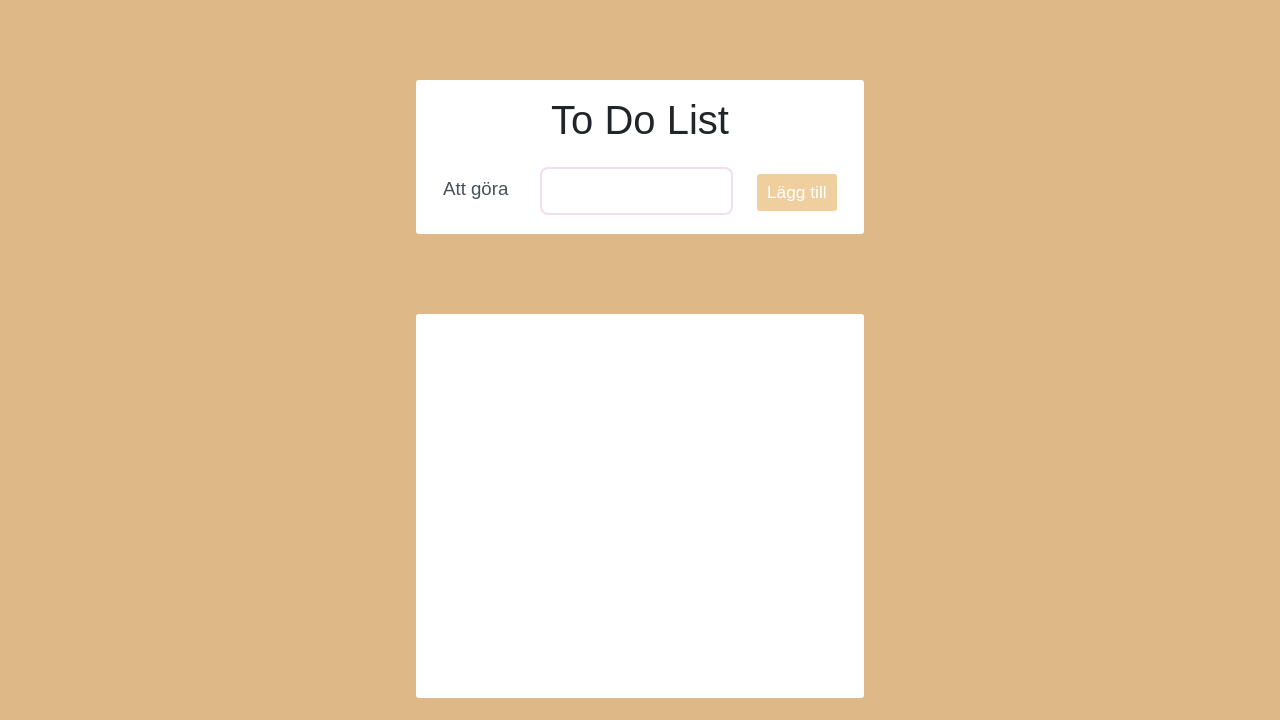
Repository: skepp4rn/todolist
Page: index.html
An editor plug-in stored every save of this project. The page is shown before and after the next save, followed by the edit.
The browser window is 1280 px wide. The pictures show the whole page.
The page's requests for data from a server got no answer. Some web libraries are served in a nearby version.

Above is the page before, as saved 2021-01-28 12:12:08.

### index.html
<!DOCTYPE html>
<html lang="sv">
<head>
    <meta charset="UTF-8">
    <meta name="viewport" content="width=device-width, initial-scale=1.0">

    <script src="https://kit.fontawesome.com/ef4c0722a8.js" crossorigin="anonymous"></script>
    <link rel="stylesheet" href="https://cdn.jsdelivr.net/npm/bootstrap@4.5.3/dist/css/bootstrap.min.css" integrity="sha384-TX8t27EcRE3e/ihU7zmQxVncDAy5uIKz4rEkgIXeMed4M0jlfIDPvg6uqKI2xXr2" crossorigin="anonymous">
    <link rel="stylesheet" href="css/style.css">

    <title>To Do List</title>
</head>
<body>
    <div class="container">
        <div id="header">
            <h1>To Do List</h1>
        </div>

        <form class="form" id="form">
            <div class="form-control">
                <label>Att göra</label>
                <input type="text" id="addToDo">
                <i class="fas fa-check-circle"></i>
                <i class="fas fa-exclamation-circle"></i>
                <small>Error message</small>
            </div>

            <button id="btn">Lägg till</button>
        </form>
    </div>

    <div class="container2">
        <div id="list"></div>
    </div>

    <script src="https://code.jquery.com/jquery-3.5.1.slim.min.js" integrity="sha384-DfXdz2htPH0lsSSs5nCTpuj/zy4C+OGpamoFVy38MVBnE+IbbVYUew+OrCXaRkfj" crossorigin="anonymous"></script>
    <script src="https://cdn.jsdelivr.net/npm/bootstrap@4.5.3/dist/js/bootstrap.bundle.min.js" integrity="sha384-ho+j7jyWK8fNQe+A12Hb8AhRq26LrZ/JpcUGGOn+Y7RsweNrtN/tE3MoK7ZeZDyx" crossorigin="anonymous"></script>
    <script src="https://cdnjs.cloudflare.com/ajax/libs/uuid/8.1.0/uuidv4.min.js"></script>
    <script src="script.js"></script>
</body>

### css/style.css
*{
    box-sizing: border-box;
    margin: 0;
    padding: 0;
}

body {
    background-color: burlywood;
    font-family: Arial, Helvetica, sans-serif;
    display: grid;
    justify-content: center;
}

.container {
    width: 35vw;
    display: grid;
    justify-content: center;
    background-color: #ffffff;
    border-radius: 3px;
    margin-top: 5rem;
    padding-bottom: 2   rem;
    height: 12vw;
}

.container2 {
    width: 100%;
    display: grid;
    justify-content: center;
    background-color: #ffffff;
    border-radius: 3px;
    margin-top: 5rem;
    padding-bottom: 2rem;
    height: 30vw;
    overflow-y: auto;
}

#header {
    margin-top: 1rem;
    text-align: center;
}

#btn {
    border: none;
    border-radius: 3px;
    padding: 0.2rem;
    background-color: #f0cf9f;
    color: #ffffff;
    font-size: 13pt;
    width: 5rem;
    height: 2.3rem;
    align-self: center;

}

.todobox {
    padding-top: 2rem;
    padding-bottom: 1rem;
    width: 32vw;
    display: grid;
    grid-template-columns: 5fr 1fr;
}

.knappar {
    display: grid;
    gap: 1rem;
}

.todoinput {
    display: flex;
    align-items: center;
}

.fa-trash {
    padding: 0.5rem;
    border: none;
    border-radius: 5px;
    color: #ffffff;
    background-color: #f0cf9f;
    width: 5rem;
}

.fa-undo {
    padding: 0.5rem;
    border: none;
    border-radius: 5px;
    color: #ffffff;
    background-color: #f0cf9f;
    width: 5rem;
}

.done {
    border: none;
    border-radius: 5px;
    padding: 0.5rem;
    background-color: #f0cf9f;
    color: #ffffff;
    font-family: Arial, Helvetica, sans-serif;
    font-size: 14pt;
    width: 5rem;
    height: 3rem;
}

.form-control {
    border: none;
    position: relative;
    height: auto;
    width: 100%;
    display: grid;
    grid-template-columns: 1fr 2fr;
    align-content: center;
}

.form label {
    display: flex;
    align-items: center;
    font-size: 14pt;
}


.form {
    display: grid;
    grid-template-columns: 3fr 1fr;
    justify-items: center;
    height: 5vw;
}

.form-control input {
    border: 2px solid #e0aad362;
    border-radius: 8px;
    display: block;
    width: 100%;
    margin-bottom: 0.2rem;
    padding: 0.5rem;
    font-family: inherit;
    font-size: 14pt;
    height: 3rem;
}

.form-control.success input {
    border-color: #2ecc71;
}

.form-control.error input {
    border-color: #e74c3c;
}

.form-control i {
    visibility: hidden;
    position: absolute;
    top: 2.4rem;
    right: 1.5rem;
}

.form-control.success i.fa-check-circle {
    visibility: visible;
    color: #2ecc71;
}

.form-control.error i.fa-exclamation-circle {
    visibility: visible;
    color: #e74c3c;
}

.form-control small {
    visibility: hidden;
    position: absolute;
    bottom: 0;
    left: 7vw;
}

.form-control.error small {
    visibility: visible;
    color: #e74c3c;
}

### script.js
let ToDo = [];
let addToDos = document.getElementById('addToDo');
let form = document.getElementById('form');
let check = false;
let btn = document.getElementById('subbtn');
let list = document.querySelector('#list');
const fetchTodos = () => {
    fetch('https://jsonplaceholder.typicode.com/todos?_start20=&_limit=10')
    .then(res => res.json())
    .then(data => {
      ToDo = data;
      listelement(ToDo);
    })
}
fetchTodos();

const listelement = (ToDo) => {
    list.innerHTML = '';
    ToDo.forEach(todo => {
        list.innerHTML += newTodo(todo);
    })
    console.log(ToDo);
}

const newTodo = todo => {

    let template = todo.completed ? `
    <div id="${todo.id}" class="todoinput completed">
        <div class="todobox">
          <h3 class="title">${todo.title}</h3>
            <div class="knappar">
                <button class="fas fa-undo"></button>
                <button class="fas fa-trash"></button>
            </div>
        </div>
    </div>
    `
    : `
    <div id="${todo.id}" class="todoinput">
        <div class="todobox">
            <h3 class="title">${todo.title}</h3>
            <button class="done">Done</button>
        </div>
    </div>
    `
    return template
  }


  const createTodo = (title) => {

    fetch('https://jsonplaceholder.typicode.com/todos',{
      method: 'POST',
      headers: {
        'Content-type': 'application/json; charset=UTF-8'
      },
      body: JSON.stringify({
        title,
        completed: false
      })
    })
    .then(res => res.json())
    .then(data => {
        let _todo = {
            title: data.title,
            completed: data.completed,
            id: uuidv4()
        }
      console.log(data)
      ToDo.unshift(_todo);
      listelement(ToDo);
    })
}

form.addEventListener('submit', (e) => {
    e.preventDefault();

    checkInputs();

    if(check == true) {
        removeinput(addToDos);

        createTodo(addToDos.value)
        listelement(ToDo);

        addToDos.value = '';
    }
});

function checkInputs() {
    let addToDosValue = addToDos.value.trim();

    if(addToDosValue === ``) {
    setErrorFor(addToDos, `Du måste skriva något!`);

    } else {
        setSuccessFor(addToDos);
    }
}

function setErrorFor(input, message) {
    let formControl = input.parentElement;
    let small = formControl.querySelector('small');
    small.innerText = message;
    formControl.className = 'form-control error';
    check = false;
}

function setSuccessFor(input) {
    let formControl = input.parentElement;
    formControl.className = 'form-control success';
    check = true;
}

function removeinput(input) {
    let formControl = input.parentElement;
    formControl.className = 'form-control';
}

list.addEventListener('click', (e) => {
    if(e.target.classList.contains('done')) {
        complete(e.target.parentNode.parentNode.id)
    }
    else if(e.target.classList.contains('fa-undo')) {
        complete(e.target.parentNode.parentNode.parentNode.id)
    }
})

function complete(id) {
    ToDo.map(todo => {
        if(todo.id == id){
            todo.completed = !todo.completed
        }
        return todo
    })
    listelement(ToDo)
}

list.addEventListener('click', (e) => {

    if(e.target.classList.contains('fa-trash')) {
        ToDo = ToDo.filter(removetodo => removetodo.id != e.target.parentNode.parentNode.parentNode.id)
        listelement(ToDo)
    }
});

After the next save:
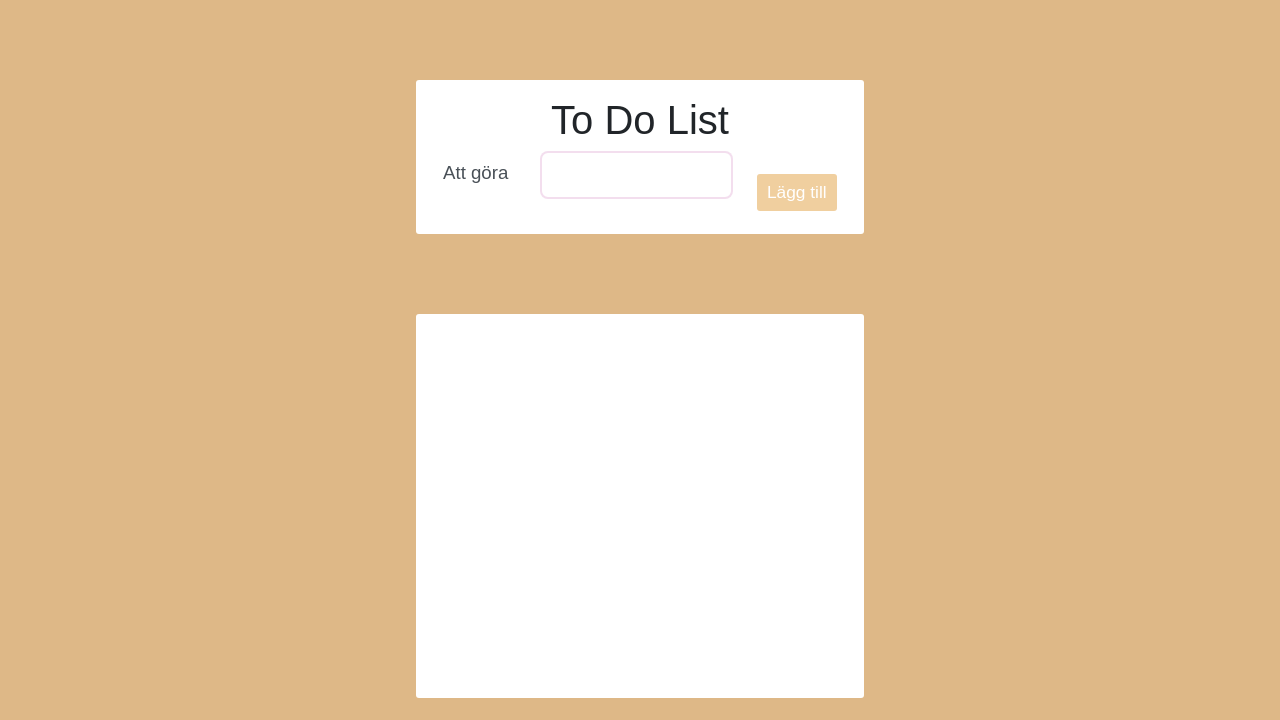
Saved 5 s later.
--- a/css/style.css
+++ b/css/style.css
@@ -103,7 +103,7 @@ body {
 .form-control {
     border: none;
     position: relative;
-    height: auto;
+    height: 2rem;
     width: 100%;
     display: grid;
     grid-template-columns: 1fr 2fr;
